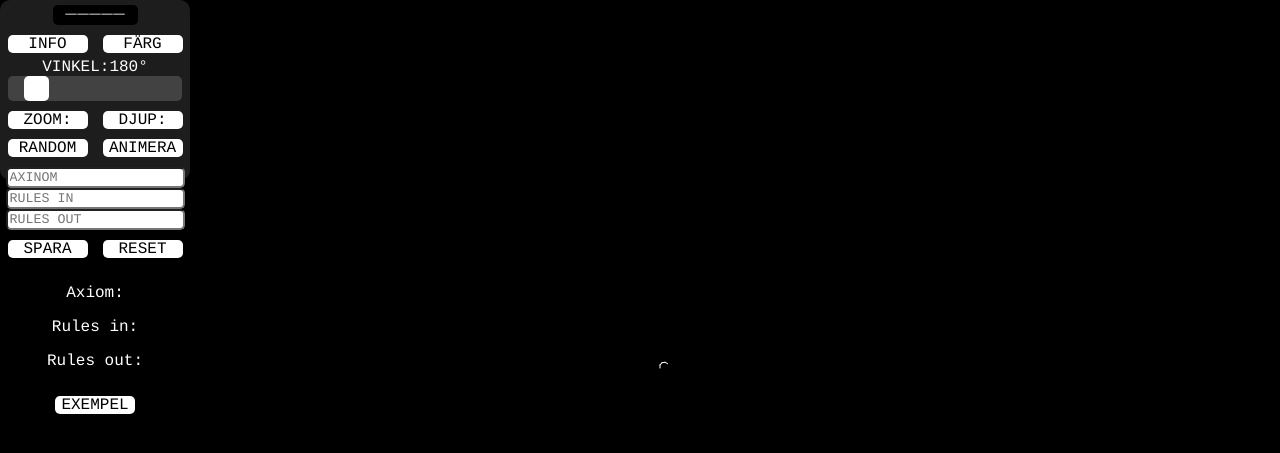
Repository: Gabrielw123/Fraktalgenerator
Page: fraktaler/test/index.html
These files come from the project's save history. The page is drawn as it stood at one moment and after the next save; the edit follows.
The browser window is 1280 px wide. The pictures show the whole page.
Some web libraries are served in a nearby version.

Above is the page before, as saved 2022-01-13 09:42:19.

### fraktaler/test/index.html
<!DOCTYPE html>
<html lang="en">
  <head>
    <meta charset="UTF-8" />
    <meta http-equiv="X-UA-Compatible" content="IE=edge" />
    <meta name="viewport" content="width=device-width, initial-scale=1.0" />
    <link rel="stylesheet" href="style.css" />
    <title>Fraktal Generator</title>
    <script src="https://cdn.jsdelivr.net/npm/p5@1.0.0/lib/p5.js"></script>
    <!--fading-->
    <script src="http://ajax.googleapis.com/ajax/libs/jquery/1.7.1/jquery.min.js" type="text/javascript"></script>
  </head>
  <body>
    <!--Skapa en canvas-->
    <canvas id="canvas"></canvas>
    <div class="kontroller">
      <div onmousedown="return false" onselectstart="return false" class="grid-container1">
        <div class="grid-item">
          <a class="knappgöm" id="gömknapp" onClick="action();">⏤⏤⏤⏤⏤</a>
        </div>
      </div>
      <div onmousedown="return false" onselectstart="return false" class="grid-container" id="göm1">
        <div class="grid-item">
          <a class="knapp" id="infoknapp">INFO</a>
        </div>
        <div class="grid-item">
          <a class="knapp" id="colorknapp" onclick="color();">FÄRG</a>
        </div>

      </div>
      <!--slider vinkel-->
      <div class="slider-container" id="göm2">
        <a onmousedown="return false" onselectstart="return false" >VINKEL:<span id="vinkel-out"></span>&deg;</a>
        <input type="range" min="0" max="360" class="slider" id="vinkel" />
      </div>

      <div onmousedown="return false" onselectstart="return false" class="grid-container"id="göm3">
        <div class="grid-item">
          <a class="knapp" id="längdknapp"
            >ZOOM:<span id="segment_n"></span
          ></a>
        </div>
        <div class="grid-item">
          <a class="knapp" id="djupknapp">DJUP:<span id="generation-out"></span></a>
        </div>

        <div class="grid-item">
          <a class="knapp" id="randomknapp" onclick="random();">RANDOM</a>
        </div>
        <div class="grid-item">
          <a class="knapp" id="animeraknapp" onclick="animera();">ANIMERA</a>
        </div>
      </div>

      <div class="grid-container1"id="göm4">
        <div class="grid-item">
          <input style="font-family:courier" class="input" type="text" placeholder="AXINOM" id="axiom" />
          <input style="font-family:courier" class="input" type="text" placeholder="RULES IN" id="rules1" />
          <input style="font-family:courier" class="input" type="text" placeholder="RULES OUT" id="rules2" />
        </div>

      </div>
      <div onmousedown="return false" onselectstart="return false" class="grid-container"id="göm5">
        <div class="grid-item">
          <a class="knapp" id="btn">SPARA</a>
        </div>
        <div class="grid-item">
          <a class="knapp" id="resetknapp" onclick="reset();">RESET</a>
        </div>

      </div>
      <div class="grid-container1"id="göm6">

        <div class="grid-item">
          <p>Axiom:<span id="axiom-out"></span></p>
          <p>Rules in:<span id="rules1-out"></span></p>
          <p>Rules out:<span id="rules2-out"></span></p>
          <p></p>
        </div>
        <div class="grid-item">
          <a onmousedown="return false" onselectstart="return false" class="knapp" id="exempelknapp" onclick="example();">EXEMPEL</a>
        </div>
      </div>

      <!--EXEMPEL-->

      <div onmousedown="return false" onselectstart="return false"  class="grid-container"id="göm7">
        <div class="grid-item">
          <a class="knappex" id="Board">Board</a>
        </div>
        <div class="grid-item">
          <a class="knappex" id="Crystal">Crystal</a>
        </div>
        <div class="grid-item">
          <a class="knappex" id="Dragon Curve">Dragon Curve</a>
        </div>
        <div class="grid-item">
          <a class="knappex" id="Hexagonal Gosper">Hexagonal Gosper</a>
        </div>
        <div class="grid-item">
          <a class="knappex" id="Kochcurve" >Koch curve</a>
        </div>
        <div class="grid-item">
          <a class="knappex" id="Krishna Anklets">Krishna Anklets</a>
        </div>
        <div class="grid-item">
          <a class="knappex" id="Lévy curve" >Lévy curve</a>
        </div>
        <div class="grid-item">
          <a class="knappex" id="L-System Bushes 1" >L-System Bushes 1</a>
        </div>
        <div class="grid-item">
          <a class="knappex" id="L-System Bushes 2">L-System Bushes 2</a>
        </div>
        <div class="grid-item">
          <a class="knappex" id="Peano Curve">Peano Curve</a>
        </div>
        <div class="grid-item">
          <a class="knappex" id="Quadratic Snowflake">Quadratic Snowflake
          </a>
        </div>
        <div class="grid-item">
          <a class="knappex" id="Rings" >Rings</a>
        </div>
        <div class="grid-item">
          <a class="knappex" id="Sierpinski Arrowhead">Sierpinski Arrowhead</a>
        </div>
        <div class="grid-item">
          <a class="knappex" id="Sierpinskisquare">Sierpinski Square</a>
        </div>
        <div class="grid-item">
          <a class="knappex" id="Snowflake">Snowflake</a>
        </div>
        <div class="grid-item">
          <a class="knappex" id="Tiles" >Tiles</a>
        </div>
        <div class="grid-item">
          <a class="knappex" id="Triangle">Triangle</a>
        </div>
        <div class="grid-item">
          <a class="knappex" id="Von Koch Snowflake" >Von Koch Snowflake</a>
        </div>
    </div>
    <!--Script-->
    <script src="bruh.js">example();
      fraktal.update();
    </script>
  </body>
</html>

### fraktaler/test/style.css
body {
  font-family: "courier", monospace;
  background-color: black;
  color: white;
  text-align: center;
}
.input {
  width: 90%;
  border-radius: 5px;
}
#color {
  color: red;
}
.kontroller {
  background: rgba(97, 97, 97, 0.3);
  width: 190px;
  height: 180px;
  margin: auto;
  border-radius: 10px;
  position: fixed;
  top: 0%;
  left: 0%;
  right: 100%;
}
.grid-container {
  display: grid;
  grid-template-columns: auto auto;
}
.grid-item {
  text-align: center;
  margin: auto;
  padding-top: 5px;
  padding-bottom: 5px;
}
.grid-container1 {
  display: grid;
  grid-template-columns: auto;
}
.grid-item1 {
  text-align: center;
  margin: auto;
  padding-top: 5px;
  padding-bottom: 5px;
  width: 300px;
}
#axiom-out {
  text-align: left;
}
.slider-container {
  display: grid;
  grid-template-columns: auto;
  width: 92%;
  margin: auto;
  padding-bottom: 5px;
}
.slider {
  -webkit-appearance: none;
  width: 100%;
  height: 25px;
  background: #424242;
  outline: none;
  margin: auto;
  -webkit-transition: 0.2s;
  transition: opacity 0.2s;
  border-radius: 5px;
}

.slider:hover {
  background: #262626;
}

.slider::-webkit-slider-thumb {
  -webkit-appearance: none;
  appearance: none;
  width: 25px;
  height: 25px;
  background: #ffffff;
  cursor: pointer;
  border-radius: 5px;
}

.slider::-moz-range-thumb {
  width: 25px;
  height: 25px;
  background: #04aa6d;
  cursor: pointer;
}

a.knapp {
  display: block;
  background: white;
  color: black;
  width: 80px;
  cursor: pointer;
  border-radius: 5px;
}
a.knapp:hover {
  background: #424242;
  border-radius: 5px;
}

#canvas {
  position: fixed;
  top: 0px;
  left: 0px;
  z-index: -1;
}

a.knappon {
  display: block;
  width: 80px;
  background: #444444;
  color: #ffffff;
  cursor: pointer;
  border-radius: 5px;
}
a.knappex {
  display: block;
  background: white;
  color: black;
  width: 85px;
  cursor: pointer;
  font-size: 15px;
  height: 35px;
  border-radius: 5px;
  text-align: auto;
}
a.knappex:hover {
  background: #424242;
  border-radius: 5px;
}
.span {
  width: 500px;
}
.knappgöm {
  display: block;
  background: black;
  color: white;
  width: 85px;
  height: 20px;
  cursor: pointer;
  font-size: 15px;
  border-radius: 5px;
}
a.knappgöm:hover {
  background: #424242;
  border-radius: 5px;
}

### fraktaler/test/bruh.js
/*

Den här fraktal generatorn använder sig av Lindenmayer systemet (https://en.wikipedia.org/wiki/L-system)

Källor för lite info
https://codesandbox.io/s/fraktal-generator-forked-g76j8?file=/sketch.js
https://en.wikipedia.org/wiki/L-system#Types_of_L-systems
http://paulbourke.net/fractals/lsys/
https://www.sidefx.com/docs/houdini/nodes/sop/lsystem.html
http://www1.biologie.uni-hamburg.de/b-online/e28_3/lsys.html
https://www.kevs3d.co.uk/dev/lsystems/
https://piratefsh.github.io/p5js-art/public/lsystems/

*/

//INFO button
fetch("README.txt")
  .then((response) => response.text())
  .then((text) => console.log(text));

var info = document.getElementById("infoknapp");
info.onclick = function () {
  confirm("to");
};

//hur snabbt den animerar
var animatespeed = 100;

//lite variablar
let genButton;
let resButton;
let guiText;
color_n = 0;
let generation = 0;
let maxGeneration = 5;
let length;
let angle;
//första load
let axiom = "F+F+F+F";
let rules = [
  {
    in: "F",
    out: "F+F-F-FF+F+F-F",
  },
];

//save button för egna input på fraktaler
const btn = document.getElementById("btn");

btn.addEventListener("click", function () {
  var axiom2 = document.getElementById("axiom").value;
  var rules1 = document.getElementById("rules1").value;
  var rules2 = document.getElementById("rules2").value;
  confirm(
    "Axiom: " + axiom2 + "\nRules in: " + rules1 + "\nRules out: " + rules2
  );
  axiom = axiom2;
  rules = [
    {
      in: rules1,
      out: rules2,
    },
  ];
});

//animera ikonen på hemsidan
var favicon_images = [
    "bilderhem/tmp-0.gif",
    "bilderhem/tmp-1.gif",
    "bilderhem/tmp-2.gif",
    "bilderhem/tmp-3.gif",
    "bilderhem/tmp-4.gif",
    "bilderhem/tmp-5.gif",
  ],
  image_counter = 0;

setInterval(function () {
  if (document.querySelector("link[rel='icon']") !== null)
    document.querySelector("link[rel='icon']").remove();
  if (document.querySelector("link[rel='shortcut icon']") !== null)
    document.querySelector("link[rel='shortcut icon']").remove();
  document
    .querySelector("head")
    .insertAdjacentHTML(
      "beforeend",
      '<link rel="icon" href="' +
        favicon_images[image_counter] +
        '" type="image/gif">'
    );
  if (image_counter == favicon_images.length - 1) image_counter = 0;
  else image_counter++;
}, 200);

//göm UI
var hidden = false;
function action() {
  hidden = !hidden;
  if (hidden) {
    document.getElementById("göm1").style.visibility = "hidden";
    document.getElementById("göm2").style.visibility = "hidden";
    document.getElementById("göm3").style.visibility = "hidden";
    document.getElementById("göm4").style.visibility = "hidden";
    document.getElementById("göm5").style.visibility = "hidden";
    document.getElementById("göm6").style.visibility = "hidden";
    if (document.getElementById("göm7").style.visibility === "visible") {
      document.getElementById("göm7").style.visibility = "hidden";
    }
  } else {
    document.getElementById("göm1").style.visibility = "visible";
    document.getElementById("göm2").style.visibility = "visible";
    document.getElementById("göm3").style.visibility = "visible";
    document.getElementById("göm4").style.visibility = "visible";
    document.getElementById("göm5").style.visibility = "visible";
    document.getElementById("göm6").style.visibility = "visible";
    document.getElementById("göm7").style.visibility = "visible";
  }
}
//göm från början
document.getElementById("göm7").style.visibility = "hidden";
var hidden1 = true;
function example() {
  hidden1 = !hidden1;
  if (hidden1) {
    document.getElementById("göm7").style.visibility = "hidden";
  } else {
    document.getElementById("göm7").style.visibility = "visible";
  }
}

let sentence = axiom;

//start funktion
function setup() {
  createCanvas(windowWidth - 40, windowHeight - 25);
  angle = radians(vinkel.value);
  length = segment_n * 3;
  turtle();
  drawGUI();
}

//color problem
var r = 255,
  g = 0,
  b = 0;

setInterval(function () {
  if (r > 0 && b == 0) {
    r--;
    g++;
  }
  if (g > 0 && r == 0) {
    g--;
    b++;
  }
  if (b > 0 && g == 0) {
    r++;
    b--;
  }
  $("#color").text("rgb(" + r + "," + g + "," + b + ")");
  $("#color").css("color", "rgb(" + r + "," + g + "," + b + ")");
  turtle();
  console.log("df");
}, 10);

function generate() {
  length = segment_n * 3;

  let nextSentence = "";

  for (let i = 0; i < sentence.length; i++) {
    let found = false;
    let currentChar = sentence.charAt(i);

    for (let j = 0; j < rules.length; j++) {
      if (currentChar === rules[j].in) {
        found = true;
        nextSentence += rules[j].out;
        break;
      }
    }
    if (!found) {
      nextSentence += currentChar;
    }
  }
  sentence = nextSentence;
  turtle();
}
function turtle() {
  resetMatrix();
  background(0);
  //color
  if (color_n === 0) {
    stroke(255); //white
  }
  if (color_n === 1) {
    stroke(0, 0, 255); //blue
  }
  if (color_n === 2) {
    stroke(0, 128, 0); //green
  }
  if (color_n === 3) {
    stroke(255, 0, 0); //red
  }
  if (color_n === 4) {
    stroke(255, 165, 0); //orange
  }
  if (color_n === 5) {
    stroke(r, g, b); //rgb flera färger
  }
  translate(window.innerWidth / 2, window.innerHeight / 2);

  for (let i = 0; i <= sentence.length; i++) {
    let currentChar = sentence.charAt(i);

    if (currentChar === "F") {
      line(0, 0, 0, -length);
      translate(0, -length);
    } else if (currentChar === "+") {
      rotate(angle);
    } else if (currentChar === "-") {
      rotate(-angle);
    } else if (currentChar === "[") {
      push();
    } else if (currentChar === "]") {
      pop();
    }
  }
}

var djupknapp = document.getElementById("djupknapp");
djupknapp.onclick = function () {
  if (generation < maxGeneration) {
    generate();
  }
  generation++;
  if (generation > 5) {
    generation = 1;
    sentence = axiom;
    generate();
  }
  var generationout = document.getElementById("generation-out");
  generationout.innerHTML = generation;
  var axiomout = document.getElementById("axiom-out");
  axiomout.innerHTML = axiom;
  var rules1out = document.getElementById("rules1-out");
  rules1out.innerHTML = rules[0].in;
  var rules2out = document.getElementById("rules2-out");
  rules2out.innerHTML = rules[0].out;
};

//skriver ut värden och saker på skärmer för användaren
function drawGUI() {
  genButton = createButton("DJUP");
  genButton.size(85, 20);
  genButton.position(-200, 260);
  genButton.mousePressed(function () {
    if (generation < maxGeneration) {
      generate();
    }
    generation++;
    if (generation > 5) {
      generation = 1;
      sentence = axiom;
      generate();
    }
    var generationout = document.getElementById("generation-out");
    generationout.innerHTML = generation;
    var axiomout = document.getElementById("axiom-out");
    axiomout.innerHTML = axiom;
    var rules1out = document.getElementById("rules1-out");
    rules1out.innerHTML = rules[0].in;
    var rules2out = document.getElementById("rules2-out");
    rules2out.innerHTML = rules[0].out;
  });
}

//!Exemepel knappar

//Andra rad
animera_n = 0;

var c1 = 0;
var t;
var timer_is_on = 0;

//Random funktion
function getRandomInt(min, max) {
  min = Math.ceil(min);
  max = Math.floor(max);
  return Math.floor(Math.random() * (max - min) + min); //The maximum is exclusive and the minimum is inclusive
}

var fraktal = (function () {
  //js funktion
  const c = document.getElementById("canvas");
  var ctx = c.getContext("2d");

  //får bredden och höjden av hemsidan du har på din enhet
  c.width = window.innerWidth;
  c.height = window.innerHeight;
  ctx.strokeStyle = "black";
  ctx.lineWidth = 2;

  //!SLIDERS
  var vinkel = document.getElementById("vinkel");
  var vinkelout = document.getElementById("vinkel-out");
  vinkelout.innerHTML = vinkel.value;

  //gör saker med vinkel
  vinkel.oninput = function () {
    vinkelout.innerHTML = this.value;
    update();
  };

  //SEGMENT
  var segment = document.getElementById("längdknapp");
  segment.onclick = function () {
    segment_n++;
    if (segment_n === 6) {
      segment_n = 1;
    }
    document.getElementById("segment_n").innerHTML = segment_n;
    update();
  };
  //!RESET
  var reset = document.getElementById("resetknapp");
  reset.onclick = function () {
    sentence = axiom;
    turtle();
    vinkel.value = 90;
    segment_n = 3;
    generation = 2;
    axiom = "F+F+F+F";
    rules = [
      {
        in: "F",
        out: "F+F-F-FF+F+F-F",
      },
    ];
    //stönga av animera
    clearTimeout(t);
    animera.className = "knapp";
    c1 = 0;
    animera_n = 0;
    //update this
    update();
  };

  //!RANDOM
  var random = document.getElementById("randomknapp");
  random.onclick = function () {
    vinkel.value = getRandomInt(0, 361);
    vinkelout.innerHTML = vinkel.value;
    update();
  };

  //!ANIMERA

  var animera = document.getElementById("animeraknapp");
  animera.onclick = function () {
    animera_n++;
    if (animera_n === 1) {
      timedCount();
      animera.className = "knappon";
    }
    if (animera_n === 2) {
      clearTimeout(t);
      animera.className = "knapp";
      c1 = 0;
      animera_n = 0;
    }
  };
  //!COLOR

  var color = document.getElementById("colorknapp");
  color.onclick = function () {
    color_n++;
    if (color_n === 6) {
      color_n = 0;
    }
    update();
  };

  timedCount = function () {
    var v = parseInt(vinkel.value);
    v = v + 1;

    if (v === 361) {
      v = 0;
    }
    //updatera UI
    vinkel.value = v;
    vinkelout.innerHTML = vinkel.value;
    //vänta
    t = setTimeout(timedCount, animatespeed);
    update();
  };

  //!Uppdatera allt/////////////////////////////
  var update = function () {
    //skriver ut de nya väderna
    setup();
    //Updaterar sliders och bilder/knappar
    vinkelout.innerHTML = vinkel.value;
    document.getElementById("segment_n").innerHTML = segment_n;
    var generationout = document.getElementById("generation-out");
    generationout.innerHTML = generation;

    var axiomout = document.getElementById("axiom-out");
    axiomout.innerHTML = axiom;
    var rules1out = document.getElementById("rules1-out");
    rules1out.innerHTML = rules[0].in;
    var rules2out = document.getElementById("rules2-out");
    rules2out.innerHTML = rules[0].out;
    //sparar hashen för hemsidan
    save();
  };

  //!SAVE OCH LOAD
  var save = function () {
    var ruleid =
      "#" +
      vinkel.value +
      "," +
      segment_n +
      "," +
      generation +
      "," +
      axiom +
      "," +
      rules[0].in +
      "," +
      rules[0].out;
    window.location = String(window.location).replace(/\#.*$/, "") + ruleid;
  };

  var load = function () {
    let d = window.location.toString();
    if (d.includes("#")) {
      const myArr = d.split("#");

      const test = myArr[1].split(",");
      //Sliders
      vinkel.value = test[0];
      //Knappar
      segment_n = test[1];
      generation = test[2];
      axiom = test[3];
      rules[0].in = test[4];
      rules[0].out = test[5];

      if (
        vinkel.value == undefined ||
        segment_n === undefined ||
        generation === undefined ||
        axiom === undefined ||
        rules[0].in === undefined ||
        rules[0].out === undefined
      ) {
        //Sliders
        vinkel.value = 40;
        //Knappar
        segment_n = 1;
        generation = 1;
        axiom = "F";
        rules[0].in = "F";
        rules[0].out = "F+F";
      }
    } else {
      //Sliders
      vinkel.value = 40;
      //Knappar
      segment_n = 1;
      //Knappar
      generation = 1;
      axiom = "F";
      rules[0].in = "F";
      rules[0].out = "F+F";
    }
    save();
  };
  //!START
  load();

  //!EXEMPEL
  //Exemplerna är ifrån http://paulbourke.net/fractals/lsys/
  //save button för egna input på fraktaler
  const Kochcurve = document.getElementById("Kochcurve");
  Kochcurve.addEventListener("click", function () {
    axiom = "F+F+F+F";
    rules = [
      {
        in: "F",
        out: "F+F-F-FF+F+F-F",
      },
    ];
    vinkel.value = 90;
    segment_n = 3;
    generation = 5;
    update();
  });

  const Sierpinskisquare = document.getElementById("Sierpinskisquare");
  Sierpinskisquare.addEventListener("click", function () {
    axiom = "F+XF+F+XF";
    rules = [
      {
        in: "X",
        out: "XF-F+F-XF+F+XF-F+F-X",
      },
    ];
    vinkel.value = 90;
    segment_n = 3;
    generation = 5;
    update();
  });

  const LSystemBushes1 = document.getElementById("L-System Bushes 1");
  LSystemBushes1.addEventListener("click", function () {
    axiom = "F";
    rules = [
      {
        in: "F",
        out: "FF+[+F-F-F]-[-F+F+F]",
      },
    ];
    vinkel.value = 22.5;
    segment_n = 1;
    generation = 5;
    update();
  });

  const LSystemBushes2 = document.getElementById("L-System Bushes 2");
  LSystemBushes2.addEventListener("click", function () {
    axiom = "F";
    rules = [
      {
        in: "F",
        out: "F[+FF][-FF]F[-F][+F]F",
      },
    ];
    vinkel.value = 35;
    segment_n = 1;
    generation = 5;
    update();
  });

  const Board = document.getElementById("Board");
  Board.addEventListener("click", function () {
    axiom = "F+F+F+F";
    rules = [
      {
        in: "F",
        out: "FF+F+F+F+FF",
      },
    ];
    vinkel.value = 90;
    segment_n = 1;
    generation = 5;
    update();
  });

  const Triangle = document.getElementById("Triangle");
  Triangle.addEventListener("click", function () {
    axiom = "F+F+F";
    rules = [
      {
        in: "F",
        out: "F-F+F",
      },
    ];
    vinkel.value = 120;
    segment_n = 1;
    generation = 5;
    update();
  });
  const Crystal = document.getElementById("Crystal");
  Crystal.addEventListener("click", function () {
    axiom = "F+F+F+F";
    rules = [
      {
        in: "F",
        out: "FF+F++F+F",
      },
    ];
    vinkel.value = 90;
    segment_n = 1;
    generation = 5;
    update();
  });
  const VonKochSnowflake = document.getElementById("Von Koch Snowflake");
  VonKochSnowflake.addEventListener("click", function () {
    axiom = "F++F++F";
    rules = [
      {
        in: "F",
        out: "F-F++F-F",
      },
    ];
    vinkel.value = 60;
    segment_n = 1;
    generation = 5;
    update();
  });
  const Tiles = document.getElementById("Tiles");
  Tiles.addEventListener("click", function () {
    axiom = "F+F+F+F";
    rules = [
      {
        in: "F",
        out: "FF+F-F+F+FF",
      },
    ];
    vinkel.value = 90;
    segment_n = 1;
    generation = 5;
    update();
  });

  const Rings = document.getElementById("Rings");
  Rings.addEventListener("click", function () {
    axiom = "F+F+F+F";
    rules = [
      {
        in: "F",
        out: "FF+F+F+F+F+F-F",
      },
    ];
    vinkel.value = 90;
    segment_n = 1;
    generation = 5;
    update();
  });
  const Lévycurve = document.getElementById("Lévy curve");
  Lévycurve.addEventListener("click", function () {
    axiom = "F";
    rules = [
      {
        in: "F",
        out: "+F--F+",
      },
    ];
    vinkel.value = 45;
    segment_n = 1;
    generation = 5;
    update();
  });
  const HexagonalGosper = document.getElementById("Hexagonal Gosper");
  HexagonalGosper.addEventListener("click", function () {
    axiom = "XF";
    rules = [
      {
        in: "X",
        out: "X+YF++YF-FX--FXFX-YF+",
      },
      {
        in: "Y",
        out: "-FX+YFYF++YF+FX--FX-Y",
      },
    ];
    vinkel.value = 60;
    segment_n = 1;
    generation = 5;
    update();
  });
  const DragonCurve = document.getElementById("Dragon Curve");
  DragonCurve.addEventListener("click", function () {
    axiom = "FX";
    rules = [
      {
        in: "X",
        out: "X+YF+",
      },
      {
        in: "Y",
        out: "-FX-Y",
      },
    ];
    vinkel.value = 90;
    segment_n = 1;
    generation = 5;
    update();
  });
  const SierpinskiArrowhead = document.getElementById("Sierpinski Arrowhead");
  SierpinskiArrowhead.addEventListener("click", function () {
    axiom = "YF";
    rules = [
      {
        in: "X",
        out: "YF+XF+Y",
      },
      {
        in: "Y",
        out: "XF-YF-X",
      },
    ];
    vinkel.value = 60;
    segment_n = 1;
    generation = 5;
    update();
  });
  const QuadraticSnowflake = document.getElementById("Quadratic Snowflake");
  QuadraticSnowflake.addEventListener("click", function () {
    axiom = "F";
    rules = [
      {
        in: "F",
        out: "F-F+F+F-F",
      },
    ];
    vinkel.value = 90;
    segment_n = 1;
    generation = 5;
    update();
  });
  const PeanoCurve = document.getElementById("Peano Curve");
  PeanoCurve.addEventListener("click", function () {
    axiom = "X";
    rules = [
      {
        in: "X",
        out: "XFYFX+F+YFXFY-F-XFYFX",
      },
      {
        in: "Y",
        out: "YFXFY-F-XFYFX+F+YFXFY",
      },
    ];
    vinkel.value = 90;
    segment_n = 1;
    generation = 5;
    update();
  });
  const snowflake = document.getElementById("Snowflake");
  snowflake.addEventListener("click", function () {
    axiom = "F-F-F-F-F";
    rules = [
      {
        in: "F",
        out: "F-F++F+F-F-F",
      },
    ];
    vinkel.value = 72;
    segment_n = 1;
    generation = 5;
    update();
  });
  const KrishnaAnklets = document.getElementById("Krishna Anklets");
  KrishnaAnklets.addEventListener("click", function () {
    axiom = "-X--X";
    rules = [
      {
        in: "X",
        out: "XFX--XFX",
      },
    ];
    vinkel.value = 45;
    segment_n = 1;
    generation = 5;
    update();
  });
})();

After the next save:
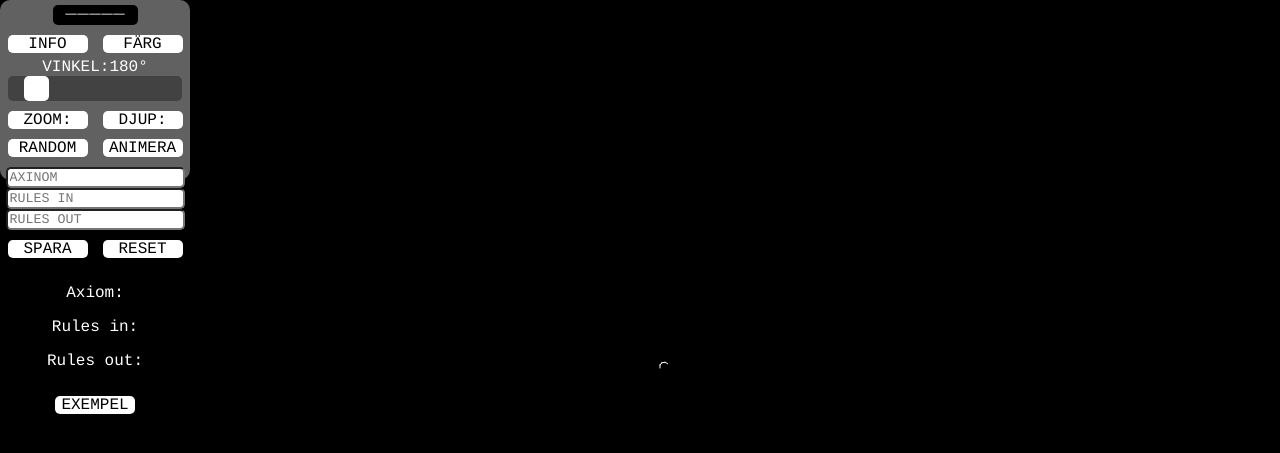
Saved 5 s later.
--- a/fraktaler/test/style.css
+++ b/fraktaler/test/style.css
@@ -12,7 +12,7 @@ body {
   color: red;
 }
 .kontroller {
-  background: rgba(97, 97, 97, 0.3);
+  background: rgba(97, 97, 97, 1);
   width: 190px;
   height: 180px;
   margin: auto;
